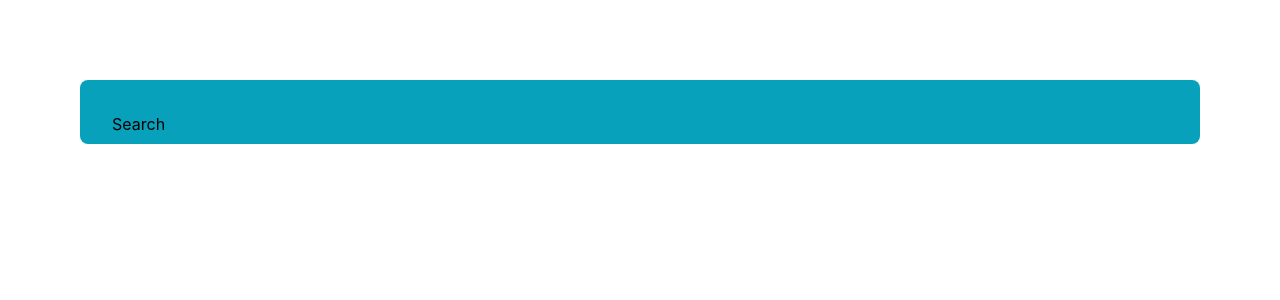
Repository: arafatmollah/pharma
Page: /
These files come from the project's save history. The page is drawn as it stood at one moment and after the next save; the edit follows.
The browser window is 1280 px wide. The pictures show the whole page.
The project was rebuilt for these pictures with package versions that can differ from the ones it lists, and the page was loaded fresh each time.

Above is the page before, as saved 2023-03-12 00:59:44.

### src/App.js

import './App.css';
import Nav from './Nav';

function App() {
  return (
    <div className="App">
      <Nav></Nav>
    </div>
  );
}

export default App;

### src/App.css
.box-border{
    background-color: #08A1BC;
}
.p-4{
    background-color: 2BC44C;
}

### src/Nav.js
import React from 'react'
import './App.css';

function Nav() {
  return (
    <div>
        <div className='box-border h-16 w-100 p-4 m-20 rounded-lg'>
          <button className='p-4'>Search</button>
        </div>
    </div>
  )
}

export default Nav

Loaded but not shown: public/index.html (common file); src/index.js (common file); src/index.css (common file); src/reportWebVitals.js (common file); tailwind.config.js (common file)

After the next save:
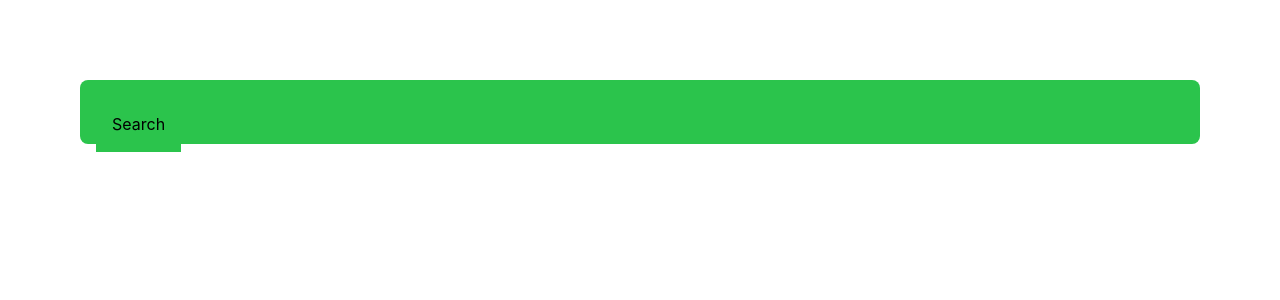
Saved 4 s later.
--- a/src/App.css
+++ b/src/App.css
@@ -2,5 +2,5 @@
     background-color: #08A1BC;
 }
 .p-4{
-    background-color: 2BC44C;
+    background-color: #2BC44C;
 }
